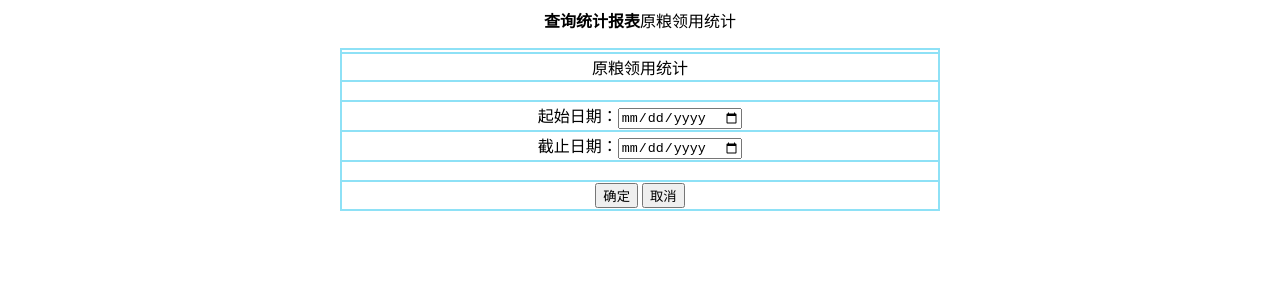
Repository: yuxingyan/OneCrewFlour
Page: http://localhost/Flour/inquireuse.jsp
These files come from the project's save history. The page is drawn as it stood at one moment and after the next save; the edit follows.
The browser window is 1280 px wide. The pictures show the whole page.
The page is served by Tomcat 9. Nobody is signed in. The application's start-up code is not run.

Above is the page before, as saved 2018-01-11 07:11:49.

After the next save:
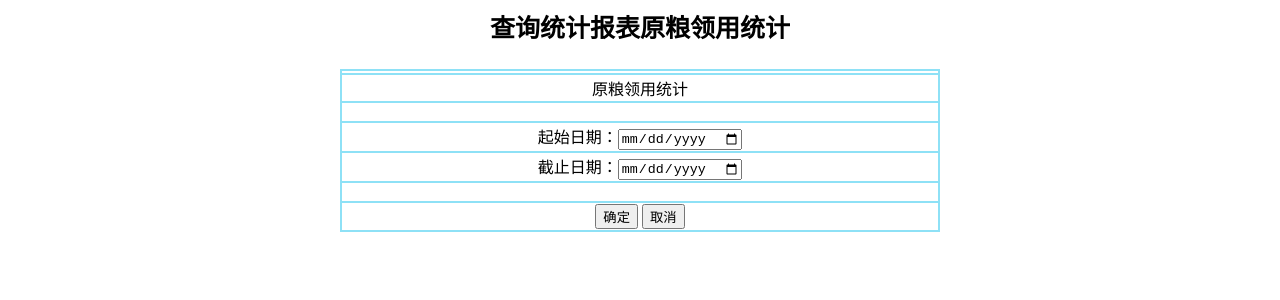
Saved 5 s later.
--- a/Flour/WebRoot/inquireuse.jsp
+++ b/Flour/WebRoot/inquireuse.jsp
@@ -51,7 +51,7 @@ String basePath = request.getScheme()+"://"+request.getServerName()+":"+request.
   <body>
      <center>
      <form name="form1" id="form1" action="inquireuseflour" method="post">
-    <p><b>查询统计报表</b>原粮领用统计</p>
+    <strong style="font-size:25px">查询统计报表</b>原粮领用统计</p>
     <table border="1" width="600" cellspacing="0" bordercolor="#8EE1F6">
     <tr><td colspan="10" ></td></tr>
     <tr height="20px"><td align="center" colspan="4" >原粮领用统计</td></tr>
